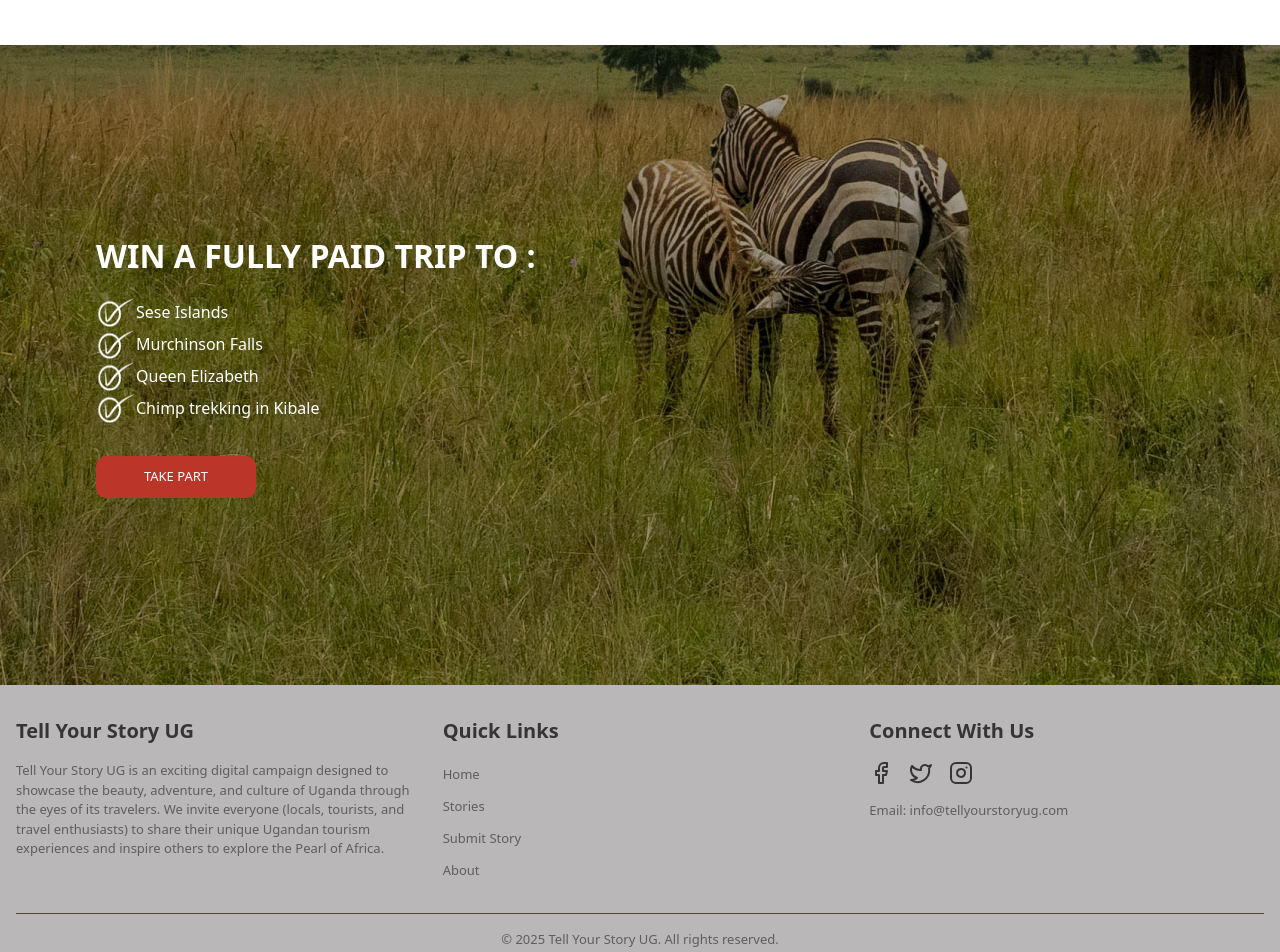
Repository: kaizoku010/take.part
Page: /
These files come from the project's save history. The page is drawn as it stood at one moment and after the next save; the edit follows.
The browser window is 1280 px wide. The pictures show the part of the page from y = 2606 to 3558 px (the page is 3588 px tall).
Backgrounds fixed to the window are drawn as part of the page. The project was rebuilt for these pictures with package versions that can differ from the ones it lists, and the page was loaded fresh each time. Also part of the build but not shown: vite.config.ts, src/components/ui/tooltip.tsx, src/pages/About.tsx, src/components/ui/input.tsx, src/pages/Stories.tsx, src/pages/StoryDetail.tsx, src/components/ui/use-toast.ts, src/components/ui/label.tsx and 4 more.

Above is the page before, as saved 2025-04-14 15:35:37.

### index.html

<!DOCTYPE html>
<html lang="en">
  <head>
    <meta charset="UTF-8" />
    <meta name="viewport" content="width=device-width, initial-scale=1.0" />
    <title>TAKE PART</title>
    <meta name="description" content="Share your Ugandan tourism experiences and inspire others to explore the Pearl of Africa" />
    <meta name="author" content="muneza dixon" />

    <meta property="og:title" content="Tell Your Story UG - Explore Uganda" />
    <meta property="og:description" content="Share your Ugandan tourism experiences and inspire others to explore the Pearl of Africa" />

    <!-- Meta Pixel Code -->
    <script>
    !function(f,b,e,v,n,t,s)
    {if(f.fbq)return;n=f.fbq=function(){n.callMethod?
    n.callMethod.apply(n,arguments):n.queue.push(arguments)};
    if(!f._fbq)f._fbq=n;n.push=n;n.loaded=!0;n.version='2.0';
    n.queue=[];t=b.createElement(e);t.async=!0;
    t.src=v;s=b.getElementsByTagName(e)[0];
    s.parentNode.insertBefore(t,s)}(window, document,'script',
    'https://connect.facebook.net/en_US/fbevents.js');
    fbq('init', '1846327909352916');
    fbq('track', 'PageView');
    </script>
    <!-- End Meta Pixel Code -->
  </head>

  <body>
    <div id="root"></div>
    <!-- Facebook Pixel noscript -->
    <noscript><img height="1" width="1" style="display:none"
    src="https://www.facebook.com/tr?id=1846327909352916&ev=PageView&noscript=1"
    /></noscript>
    <!-- IMPORTANT: DO NOT REMOVE THIS SCRIPT TAG OR THIS VERY COMMENT! -->
    <script src="https://cdn.gpteng.co/gptengineer.js" type="module"></script>
    <script type="module" src="/src/main.tsx"></script>
  </body>
</html>

### src/App.tsx

import { Toaster } from "@/components/ui/toaster";
import { Toaster as Sonner } from "@/components/ui/sonner";
import { TooltipProvider } from "@/components/ui/tooltip";
import { QueryClient, QueryClientProvider } from "@tanstack/react-query";
import { BrowserRouter, Routes, Route } from "react-router-dom";
import Home from "./pages/Home";
import About from "./pages/About";
import Stories from "./pages/Stories";
import StoryDetail from "./pages/StoryDetail";
import SubmitStory from "./pages/SubmitStory";
import NotFound from "./pages/NotFound";
import "./mdx.css";
import "./mobile.css"

const queryClient = new QueryClient();

const App = () => (
  <QueryClientProvider client={queryClient}>
    <TooltipProvider>
      <Toaster />
      <Sonner />
      <BrowserRouter>
        <Routes>
          <Route path="/" element={<Home />} />
          <Route path="/about" element={<About />} />
          <Route path="/stories" element={<Stories />} />
          <Route path="/stories/:id" element={<StoryDetail />} />
          <Route path="/submit-story" element={<SubmitStory />} />
          {/* ADD ALL CUSTOM ROUTES ABOVE THE CATCH-ALL "*" ROUTE */}
          <Route path="*" element={<NotFound />} />
        </Routes>
      </BrowserRouter>
    </TooltipProvider>
  </QueryClientProvider>
);

export default App;

### src/index.css
@tailwind base;
@tailwind components;
@tailwind utilities;

@layer base {
  :root {
    --background: 0 0% 100%;
    --foreground: 222.2 84% 4.9%;

    --card: 0 0% 100%;
    --card-foreground: 222.2 84% 4.9%;

    --popover: 0 0% 100%;
    --popover-foreground: 222.2 84% 4.9%;

    /* Main Orange/Gold */
    --primary: 41.81 100% 49.8%;
    --primary-foreground: 210 40% 98%;

    /* Rust Red */
    --secondary: 5.38 63.88% 44.51%;
    --secondary-foreground: 210 40% 98%;

    /* Change accent to Rust Red */
    --accent: 5.38 63.88% 44.51%;
    --accent-foreground: 210 40% 98%;

    --muted: 210 40% 96.1%;
    --muted-foreground: 215.4 16.3% 46.9%;

    --destructive: 0 84.2% 60.2%;
    --destructive-foreground: 210 40% 98%;

    --border: 214.3 31.8% 91.4%;
    --input: 214.3 31.8% 91.4%;
    --ring: 5.38 63.88% 44.51%;  /* Changed to Rust Red */

    --radius: 0.5rem;

    --sidebar-background: 0 0% 98%;

    --sidebar-foreground: 240 5.3% 26.1%;

    --sidebar-primary: 240 5.9% 10%;

    --sidebar-primary-foreground: 0 0% 98%;

    --sidebar-accent: 240 4.8% 95.9%;

    --sidebar-accent-foreground: 240 5.9% 10%;

    --sidebar-border: 220 13% 91%;

    --sidebar-ring: 217.2 91.2% 59.8%;
  }

  .dark {
    --background: 222.2 84% 4.9%;
    --foreground: 210 40% 98%;

    --card: 222.2 84% 4.9%;
    --card-foreground: 210 40% 98%;

    --popover: 222.2 84% 4.9%;
    --popover-foreground: 210 40% 98%;

    /* Main Orange/Gold */
    --primary: 41.81 100% 49.8%;
    --primary-foreground: 210 40% 98%;

    /* Rust Red */
    --secondary: 5.38 63.88% 44.51%;
    --secondary-foreground: 210 40% 98%;

    /* Change accent to Rust Red */
    --accent: 5.38 63.88% 44.51%;
    --accent-foreground: 210 40% 98%;

    --muted: 217.2 32.6% 17.5%;
    --muted-foreground: 215 20.2% 65.1%;

    --destructive: 0 62.8% 30.6%;
    --destructive-foreground: 210 40% 98%;

    --border: 217.2 32.6% 17.5%;
    --input: 217.2 32.6% 17.5%;
    --ring: 5.38 63.88% 44.51%;  /* Changed to Rust Red */
    --sidebar-background: 240 5.9% 10%;
    --sidebar-foreground: 240 4.8% 95.9%;
    --sidebar-primary: 224.3 76.3% 48%;
    --sidebar-primary-foreground: 0 0% 100%;
    --sidebar-accent: 240 3.7% 15.9%;
    --sidebar-accent-foreground: 240 4.8% 95.9%;
    --sidebar-border: 240 3.7% 15.9%;
    --sidebar-ring: 217.2 91.2% 59.8%;
  }
}

@layer base {
  * {
    @apply border-border;
  }

  body {
    @apply bg-background text-foreground;
  }
}

### src/components/ui/toaster.tsx
import { useToast } from "@/hooks/use-toast"
import {
  Toast,
  ToastClose,
  ToastDescription,
  ToastProvider,
  ToastTitle,
  ToastViewport,
} from "@/components/ui/toast"

export function Toaster() {
  const { toasts } = useToast()

  return (
    <ToastProvider>
      {toasts.map(function ({ id, title, description, action, ...props }) {
        return (
          <Toast key={id} {...props}>
            <div className="grid gap-1">
              {title && <ToastTitle>{title}</ToastTitle>}
              {description && (
                <ToastDescription>{description}</ToastDescription>
              )}
            </div>
            {action}
            <ToastClose />
          </Toast>
        )
      })}
      <ToastViewport />
    </ToastProvider>
  )
}

### src/components/ui/sonner.tsx
import { useTheme } from "next-themes"
import { Toaster as Sonner, toast } from "sonner"

type ToasterProps = React.ComponentProps<typeof Sonner>

const Toaster = ({ ...props }: ToasterProps) => {
  const { theme = "system" } = useTheme()

  return (
    <Sonner
      theme={theme as ToasterProps["theme"]}
      className="toaster group"
      toastOptions={{
        classNames: {
          toast:
            "group toast group-[.toaster]:bg-background group-[.toaster]:text-foreground group-[.toaster]:border-border group-[.toaster]:shadow-lg",
          description: "group-[.toast]:text-muted-foreground",
          actionButton:
            "group-[.toast]:bg-primary group-[.toast]:text-primary-foreground",
          cancelButton:
            "group-[.toast]:bg-muted group-[.toast]:text-muted-foreground",
        },
      }}
      {...props}
    />
  )
}

export { Toaster, toast }

### src/mdx.css
/* #hero-text{
    font-size: medium !important;
} */

#logo{
    width: 6rem !important;
}

#link{
    font-weight: 500;
color:rgba(0, 0, 0, 0.658) !important;
}


.bg-green-800{
    background-color: #ba3629 !important;
}

.bg-yellow-800{
    background-color: rgb(254, 177, 0) !important;
}

.bg-green-900 {
    color: rgb(54, 53, 53) !important;
background-color: rgb(185, 183, 183) !important;
}


.text-green-800 {
    --tw-text-opacity: 1;
    color: rgb(43 49 45) !important;
}


.text-gray-hound{
    font-size: small;
    color: rgb(94, 94, 94) !important;
}


#carousel-section{
    padding-top: 5rem;
    padding-bottom: 5rem;
    background-color: #feb100 !important;
}

.bg-background {
    background-color: #212120 !important;
}

#prizes-section{
    height: 40rem !important;
    display: flex;
    background-position: bottom;
    background-attachment: fixed;
    width: 100%;
    background-image: url("../src/media/zebs.jpg");
}


.content-prizes{
display: flex;
/* background-color: red; */
width: 100%;
flex-direction: column;
justify-content: center;
}

.content-prizes-2{
display: flex;
background-color: transparent;
width: 100%;
flex-direction: column;
}

.win-title{
    padding-left: 6rem;
    font-weight: 800;
    font-size: 2rem;
    margin-bottom: 1rem;
    color: white;
}

.prize{
    display: flex;
    padding-left: 6rem;
    /* margin-bottom: 1rem; */
    font-weight: 200;
    /* font-size: 2rem; */
    align-items: center;
    color: white;
}

.prize img{
    width: 2.5rem;
    height: 2rem;
}


.take-part{
    background-color: #ba3629;
    color: white;
    padding: 0.7rem;
    margin-top: 2rem;
    width: 10rem;
    font-weight: 300;
    font-size: small;
    border-radius: 10px;
    margin-left: 6rem;
}

.take-part:hover{
background-color: #feb100 !important;
}

### src/components/ui/button.tsx
import * as React from "react"
import { Slot } from "@radix-ui/react-slot"
import { cva, type VariantProps } from "class-variance-authority"

import { cn } from "@/lib/utils"

const buttonVariants = cva(
  "inline-flex items-center justify-center gap-2 whitespace-nowrap rounded-md text-sm font-medium ring-offset-background transition-colors focus-visible:outline-none focus-visible:ring-2 focus-visible:ring-ring focus-visible:ring-offset-2 disabled:pointer-events-none disabled:opacity-50 [&_svg]:pointer-events-none [&_svg]:size-4 [&_svg]:shrink-0",
  {
    variants: {
      variant: {
        default: "bg-primary text-primary-foreground hover:bg-primary/90",
        destructive:
          "bg-destructive text-destructive-foreground hover:bg-destructive/90",
        outline:
          "border border-input bg-background hover:bg-accent hover:text-accent-foreground",
        secondary:
          "bg-secondary text-secondary-foreground hover:bg-secondary/80",
        ghost: "hover:bg-accent hover:text-accent-foreground",
        link: "text-primary underline-offset-4 hover:underline",
      },
      size: {
        default: "h-10 px-4 py-2",
        sm: "h-9 rounded-md px-3",
        lg: "h-11 rounded-md px-8",
        icon: "h-10 w-10",
      },
    },
    defaultVariants: {
      variant: "default",
      size: "default",
    },
  }
)

export interface ButtonProps
  extends React.ButtonHTMLAttributes<HTMLButtonElement>,
    VariantProps<typeof buttonVariants> {
  asChild?: boolean
}

const Button = React.forwardRef<HTMLButtonElement, ButtonProps>(
  ({ className, variant, size, asChild = false, ...props }, ref) => {
    const Comp = asChild ? Slot : "button"
    return (
      <Comp
        className={cn(buttonVariants({ variant, size, className }))}
        ref={ref}
        {...props}
      />
    )
  }
)
Button.displayName = "Button"

export { Button, buttonVariants }

### src/components/ui/card.tsx
import * as React from "react"

import { cn } from "@/lib/utils"

const Card = React.forwardRef<
  HTMLDivElement,
  React.HTMLAttributes<HTMLDivElement>
>(({ className, ...props }, ref) => (
  <div
    ref={ref}
    className={cn(
      "rounded-lg border bg-card text-card-foreground shadow-sm",
      className
    )}
    {...props}
  />
))
Card.displayName = "Card"

const CardHeader = React.forwardRef<
  HTMLDivElement,
  React.HTMLAttributes<HTMLDivElement>
>(({ className, ...props }, ref) => (
  <div
    ref={ref}
    className={cn("flex flex-col space-y-1.5 p-6", className)}
    {...props}
  />
))
CardHeader.displayName = "CardHeader"

const CardTitle = React.forwardRef<
  HTMLParagraphElement,
  React.HTMLAttributes<HTMLHeadingElement>
>(({ className, ...props }, ref) => (
  <h3
    ref={ref}
    className={cn(
      "text-2xl font-semibold leading-none tracking-tight",
      className
    )}
    {...props}
  />
))
CardTitle.displayName = "CardTitle"

const CardDescription = React.forwardRef<
  HTMLParagraphElement,
  React.HTMLAttributes<HTMLParagraphElement>
>(({ className, ...props }, ref) => (
  <p
    ref={ref}
    className={cn("text-sm text-muted-foreground", className)}
    {...props}
  />
))
CardDescription.displayName = "CardDescription"

const CardContent = React.forwardRef<
  HTMLDivElement,
  React.HTMLAttributes<HTMLDivElement>
>(({ className, ...props }, ref) => (
  <div ref={ref} className={cn("p-6 pt-0", className)} {...props} />
))
CardContent.displayName = "CardContent"

const CardFooter = React.forwardRef<
  HTMLDivElement,
  React.HTMLAttributes<HTMLDivElement>
>(({ className, ...props }, ref) => (
  <div
    ref={ref}
    className={cn("flex items-center p-6 pt-0", className)}
    {...props}
  />
))
CardFooter.displayName = "CardFooter"

export { Card, CardHeader, CardFooter, CardTitle, CardDescription, CardContent }

### src/components/layout/Layout.tsx

import { ReactNode } from "react";
import Header from "./Header";
import Footer from "./Footer";

interface LayoutProps {
  children: ReactNode;
}

const Layout = ({ children }: LayoutProps) => {
  return (
    <div className="flex flex-col min-h-screen">
      <Header />
      <main className="flex-grow">
        {children}
      </main>
      <Footer />
    </div>
  );
};

export default Layout;

### src/components/layout/Header.tsx

import { useState } from "react";
import { Menu, X } from "lucide-react";
import { Link } from "react-router-dom";
import Logo from "../../media/logo.png";

const Header = () => {
  const [isMenuOpen, setIsMenuOpen] = useState(false);

  const toggleMenu = () => {
    setIsMenuOpen(!isMenuOpen);
  };

  return (
    <header className="text-white shadow-md">
      <div className="container mx-auto px-4">
        <div className="flex justify-between items-center">
          <Link to="/" className="text-2xl font-bold flex items-center gap-2">
            <img id="logo" src={Logo} alt="Logo" />
            {/* <span className="text-white">Tell Your Story</span> */}
          </Link>

          {/* Desktop Navigation */}
          <nav className="hidden md:flex space-x-8">
            <Link to="/" id="link" className="hover:text-yellow-400 transition-colors">Home</Link>
            <Link to="/stories" id="link" className="hover:text-yellow-400 transition-colors">Stories</Link>
            <Link to="/submit-story" id="link" className="hover:text-yellow-400 transition-colors">Submit Story</Link>
            <Link to="/about" id="link" className="hover:text-yellow-400 transition-colors">About</Link>
          </nav>

          {/* Mobile Menu Button */}
          <button
            onClick={toggleMenu}
            className="md:hidden text-white focus:outline-none"
          >
            {isMenuOpen ? <X size={24} /> : <Menu size={24} />}
          </button>
        </div>

        {/* Mobile Navigation */}
        {isMenuOpen && (
          <nav className="md:hidden pt-4 pb-2">
            <div className="flex flex-col space-y-3">
              <Link
                to="/"
                id="link"
                className="hover:text-yellow-400 transition-colors py-2"
                onClick={() => setIsMenuOpen(false)}
              >
                Home
              </Link>
              <Link
                to="/stories"
                id="link"
                className="hover:text-yellow-400 transition-colors py-2"
                onClick={() => setIsMenuOpen(false)}
              >
                Stories
              </Link>
              <Link
                to="/submit-story"
                id="link"
                className="hover:text-yellow-400 transition-colors py-2"
                onClick={() => setIsMenuOpen(false)}
              >
                Submit Story
              </Link>
              <Link
                to="/about"
                id="link"
                className="hover:text-yellow-400 transition-colors py-2"
                onClick={() => setIsMenuOpen(false)}
              >
                About
              </Link>
            </div>
          </nav>
        )}
      </div>
    </header>
  );
};

export default Header;

### src/components/layout/Footer.tsx

import { Facebook, Instagram, Twitter } from "lucide-react";
import { Link } from "react-router-dom";

const Footer = () => {
  return (
    <footer className="bg-green-900 text-white py-8">
      <div className="container mx-auto px-4">
        <div className="grid grid-cols-1 md:grid-cols-3 gap-8">
          <div>
            <h3 className="text-xl font-bold mb-4">Tell Your Story UG</h3>
            <p className="text-gray-300 text-gray-hound">
            Tell Your Story UG is an exciting digital campaign designed to showcase the beauty, adventure, and culture of Uganda through the eyes of its travelers. We invite everyone (locals, tourists, and travel enthusiasts) to share their unique Ugandan tourism experiences and inspire others to explore the Pearl of Africa.
                        </p>
          </div>

          <div>
            <h3 className="text-xl font-bold mb-4">Quick Links</h3>
            <ul className="space-y-2">
              <li><Link to="/" className="text-gray-hound text-gray-300 hover:text-yellow-400 transition-colors">Home</Link></li>
              <li><Link to="/stories" className="text-gray-hound text-gray-300 hover:text-yellow-400 transition-colors">Stories</Link></li>
              <li><Link to="/submit-story" className="text-gray-hound text-gray-300 hover:text-yellow-400 transition-colors">Submit Story</Link></li>
              <li><Link to="/about" className="text-gray-hound text-gray-300 hover:text-yellow-400 transition-colors">About</Link></li>
            </ul>
          </div>

          <div>
            <h3 className="text-xl font-bold mb-4">Connect With Us</h3>
            <div className="flex space-x-4">
              <a href="https://facebook.com" target="_blank" rel="noopener noreferrer" className="hover:text-yellow-400 transition-colors">
                <Facebook size={24} />
              </a>
              <a href="https://twitter.com" target="_blank" rel="noopener noreferrer" className="hover:text-yellow-400 transition-colors">
                <Twitter size={24} />
              </a>
              <a href="https://instagram.com" target="_blank" rel="noopener noreferrer" className="hover:text-yellow-400 transition-colors">
                <Instagram size={24} />
              </a>
            </div>
            <p className="mt-4 text-gray-300 text-gray-hound">
              Email: <a href="mailto:info@tellyourstoryug.com" className="text-gray-hound hover:text-yellow-400 transition-colors">info@tellyourstoryug.com</a>
            </p>
          </div>
        </div>

        <div className="mt-8 pt-4 border-t border-green-800 text-center text-gray-300 text-gray-hound">
          <p>&copy; {new Date().getFullYear()} Tell Your Story UG. All rights reserved.</p>
        </div>
      </div>
    </footer>
  );
};

export default Footer;

### tailwind.config.ts
import type { Config } from "tailwindcss";

export default {
	darkMode: ["class"],
	content: [
		"./pages/**/*.{ts,tsx}",
		"./components/**/*.{ts,tsx}",
		"./app/**/*.{ts,tsx}",
		"./src/**/*.{ts,tsx}",
	],
	prefix: "",
	theme: {
		container: {
			center: true,
			padding: '2rem',
			screens: {
				'2xl': '1400px'
			}
		},
		extend: {
			colors: {
				main: 'hsl(41.81, 100%, 49.8%)',    // Orange/Gold
				accent: 'hsl(5.38, 63.88%, 44.51%)', // Rust Red
				border: 'hsl(var(--border))',
				input: 'hsl(var(--input))',
				ring: 'hsl(var(--ring))',
				background: 'hsl(var(--background))',
				foreground: 'hsl(var(--foreground))',
				primary: {
					DEFAULT: 'hsl(var(--primary))',
					foreground: 'hsl(var(--primary-foreground))'
				},
				secondary: {
					DEFAULT: 'hsl(var(--secondary))',
					foreground: 'hsl(var(--secondary-foreground))'
				},
				destructive: {
					DEFAULT: 'hsl(var(--destructive))',
					foreground: 'hsl(var(--destructive-foreground))'
				},
				muted: {
					DEFAULT: 'hsl(var(--muted))',
					foreground: 'hsl(var(--muted-foreground))'
				},
				// accent: {
				// 	DEFAULT: 'hsl(var(--accent))',
				// 	foreground: 'hsl(var(--accent-foreground))'
				// },
				popover: {
					DEFAULT: 'hsl(var(--popover))',
					foreground: 'hsl(var(--popover-foreground))'
				},
				card: {
					DEFAULT: 'hsl(var(--card))',
					foreground: 'hsl(var(--card-foreground))'
				},
				sidebar: {
					DEFAULT: 'hsl(var(--sidebar-background))',
					foreground: 'hsl(var(--sidebar-foreground))',
					primary: 'hsl(var(--sidebar-primary))',
					'primary-foreground': 'hsl(var(--sidebar-primary-foreground))',
					accent: 'hsl(var(--sidebar-accent))',
					'accent-foreground': 'hsl(var(--sidebar-accent-foreground))',
					border: 'hsl(var(--sidebar-border))',
					ring: 'hsl(var(--sidebar-ring))'
				}
			},
			borderRadius: {
				lg: 'var(--radius)',
				md: 'calc(var(--radius) - 2px)',
				sm: 'calc(var(--radius) - 4px)'
			},
			keyframes: {
				'accordion-down': {
					from: {
						height: '0'
					},
					to: {
						height: 'var(--radix-accordion-content-height)'
					}
				},
				'accordion-up': {
					from: {
						height: 'var(--radix-accordion-content-height)'
					},
					to: {
						height: '0'
					}
				}
			},
			animation: {
				'accordion-down': 'accordion-down 0.2s ease-out',
				'accordion-up': 'accordion-up 0.2s ease-out'
			}
		}
	},
	plugins: [require("tailwindcss-animate")],
} satisfies Config;

Loaded but not shown: src/main.tsx (common file); src/hooks/use-toast.ts (common file); src/lib/utils.ts (common file); src/pages/Home.tsx (261 lines, source omitted); src/components/ui/carousel.tsx (260 lines, source omitted); src/components/ui/toast.tsx (127 lines, source omitted); src/mobile.css (no copy from this time; the picture is the same without it)

After the next save:
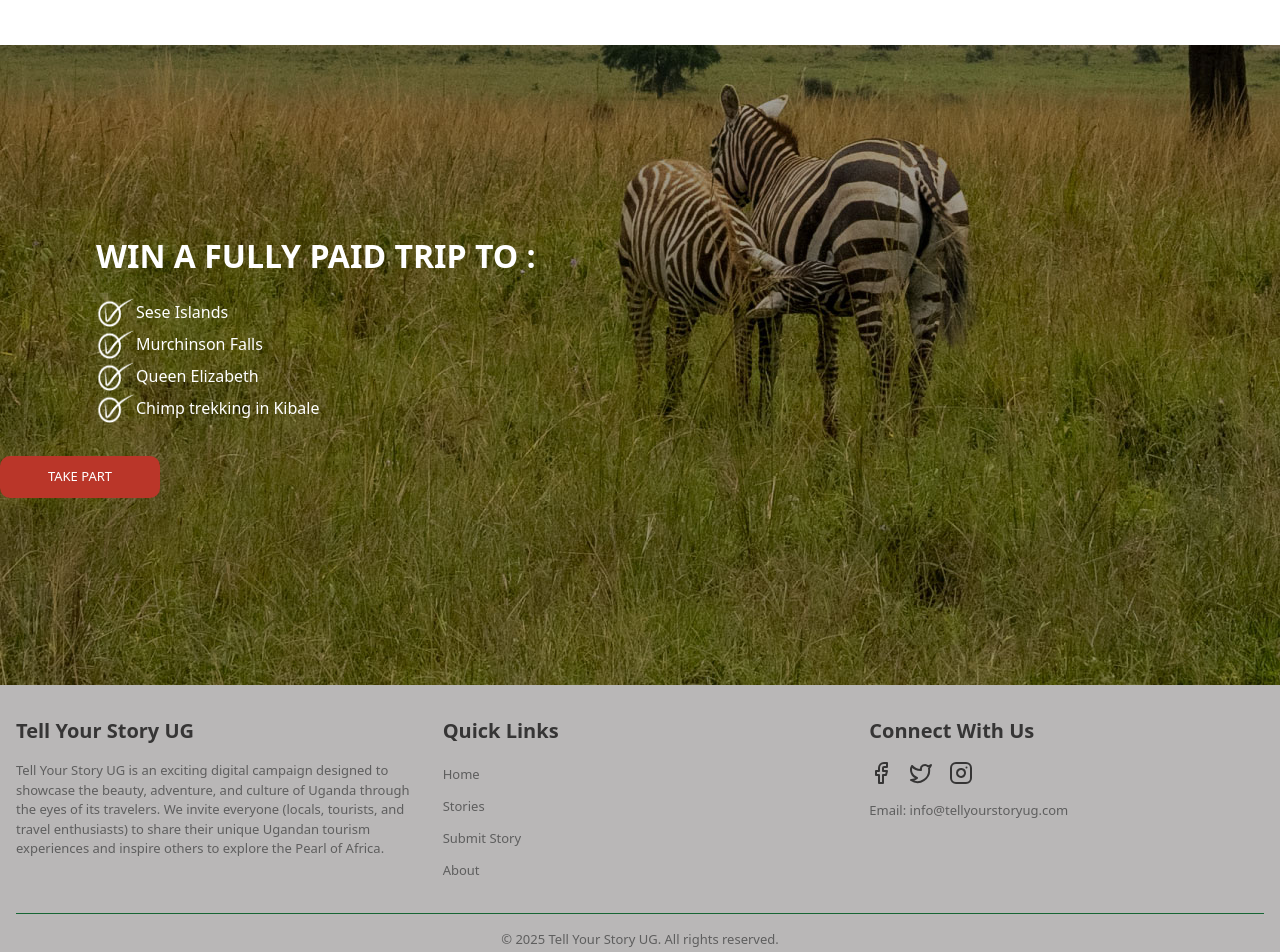
Saved 28 s later.
--- a/src/mdx.css
+++ b/src/mdx.css
@@ -106,7 +106,7 @@ flex-direction: column;
     font-weight: 300;
     font-size: small;
     border-radius: 10px;
-    margin-left: 6rem;
+
 }
 
 .take-part:hover{
